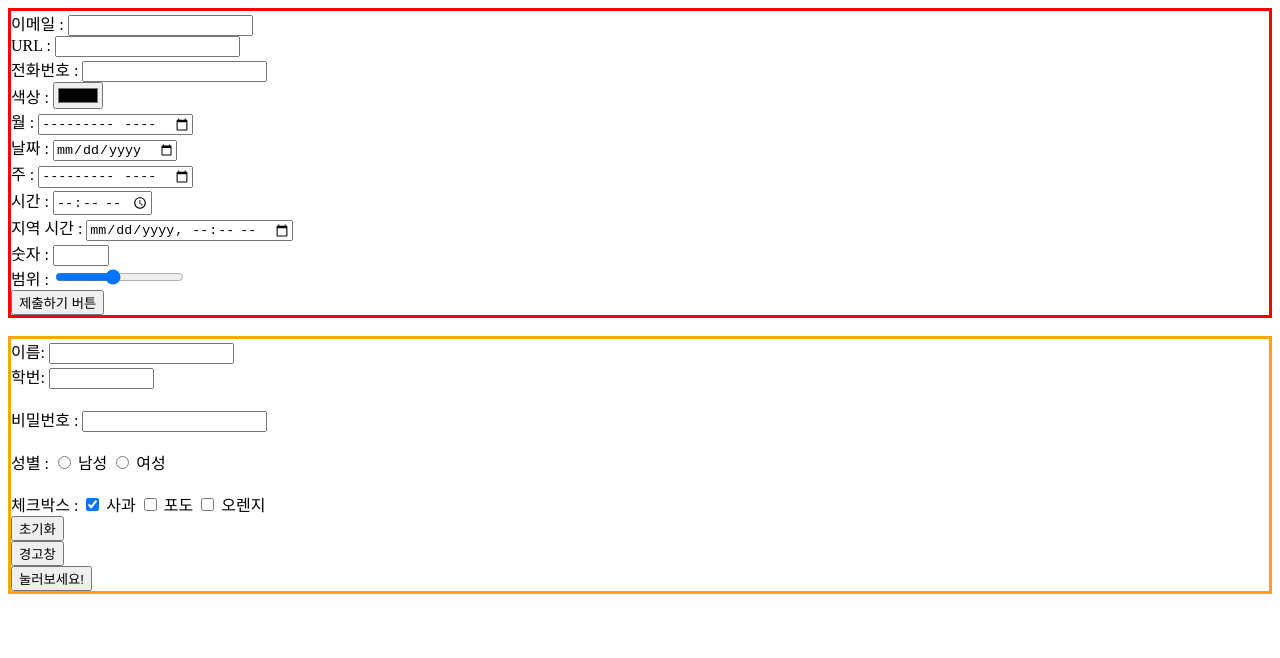
Repository: dhbaek2004/JSPex
Page: http://localhost/UX/InputForm.jsp
The author's editor kept a copy of each file at every save. The page is drawn from the files as they stood at one save, then again after a run of saves.
The browser window is 1280 px wide. The pictures show the whole page.
The page is served by Tomcat 9.

Above is the page before, as saved 2020-08-26 15:02:46.

### Infrearn/UX/UX/WebContent/InputForm.jsp
<%@ page language="java" contentType="text/html; charset=EUC-KR"
    pageEncoding="EUC-KR"%>
<!DOCTYPE html>
<html>
<head>
<meta charset="EUC-KR">
<title>Insert title here</title>
</head>
<body>
	<form action="input.jsp" method="post">
		<div style="border:3px solid red;">
			이메일 : <input type="email" name="email"> <br>
			URL : <input type="url" name="url"> <br>
			전화번호 : <input type="tel" name="tel"> <br>
			색상 : <input type="color" name="color"> <br>
			월 : <input type="month" name="month"> <br>
			날짜 : <input type="date" name="date"> <br>
			주 : <input type="month" name="week"> <br>
			시간 : <input type="time" name="time"> <br>
			지역 시간 : <input type="datetime-local" name="localdatetime"> <br>
			숫자 : <input type="number" name="number" min="1" max="10" step="2"> <br>
			범위 : <input type="range" name="range" min="1" max="10" step="2"> <br>

			<input type="submit" value="제출하기 버튼" name="button1">
		</div>

		<br>

		<div style="border:3px solid orange;">
			이름: <input type="text" name="name"> <br>
			학번: <input type="text" name="number" size="10"> <br>
			<br>
			비밀번호 : <input type="password" name="password"> <br>
			<br>
			성별 :
			<input type="radio" name="gender" value="male"> 남성
			<input type="radio" name="gender" value="female"> 여성 <br>
			<br>
			체크박스 :
			<input type="checkbox" name="fruits" value="apple" checked> 사과
			<input type="checkbox" name="fruits" value="grape" > 포도
			<input type="checkbox" name="fruits" value="orange" > 오렌지
			<br>
			<input type="reset" value="초기화">
			<br>
			<input type="button" value="경고창" onclick="alert('경고창을 클릭하였습니다.')">
			<br>
			<button type="button" onclick="alert('안녕하세요?')">눌러보세요!</button>
		</div>


	</form>

</body>
</html>

After the next 2 saves:
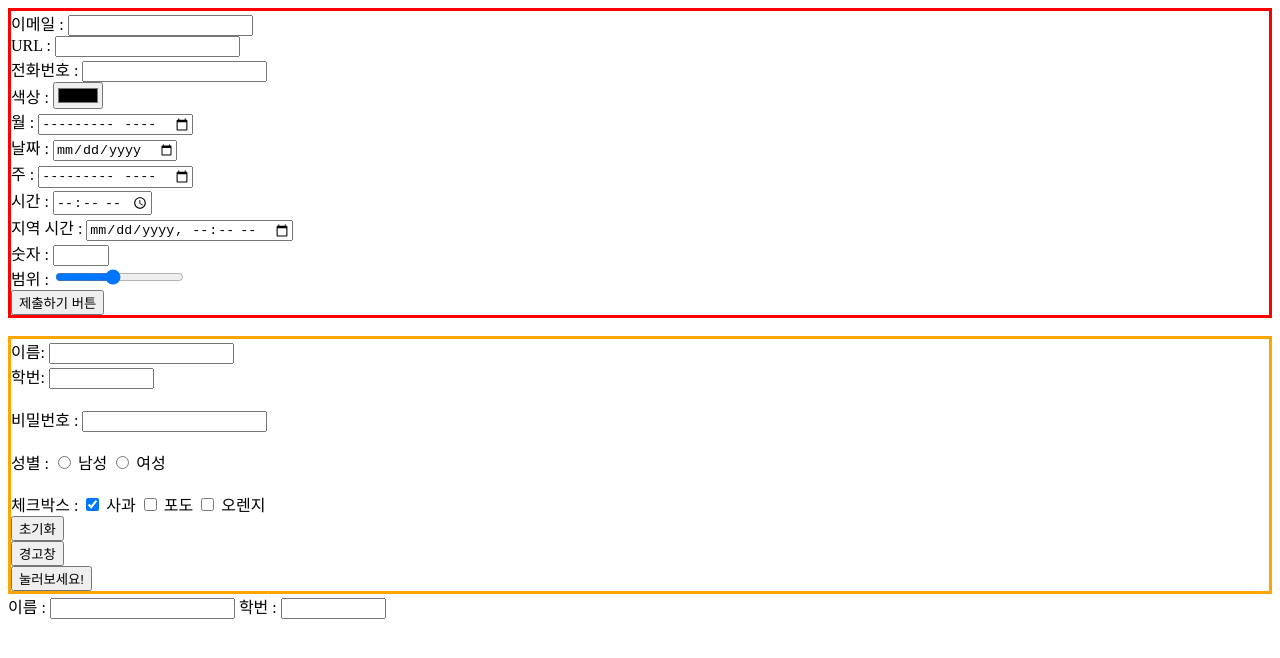
The 2 saves are shown as one change because they came seconds apart.
The last was saved 17 h 34 min later.
--- a/Infrearn/UX/UX/WebContent/InputForm.jsp
+++ b/Infrearn/UX/UX/WebContent/InputForm.jsp
@@ -47,9 +47,14 @@
 			<br>
 			<button type="button" onclick="alert('안녕하세요?')">눌러보세요!</button>
 		</div>
+	</form>
 
+	<form>
+		이름 : <input type="text" name="name">
+		학번 : <input type="text" name="number" size="10">
 
 	</form>
 
+
 </body>
 </html>
